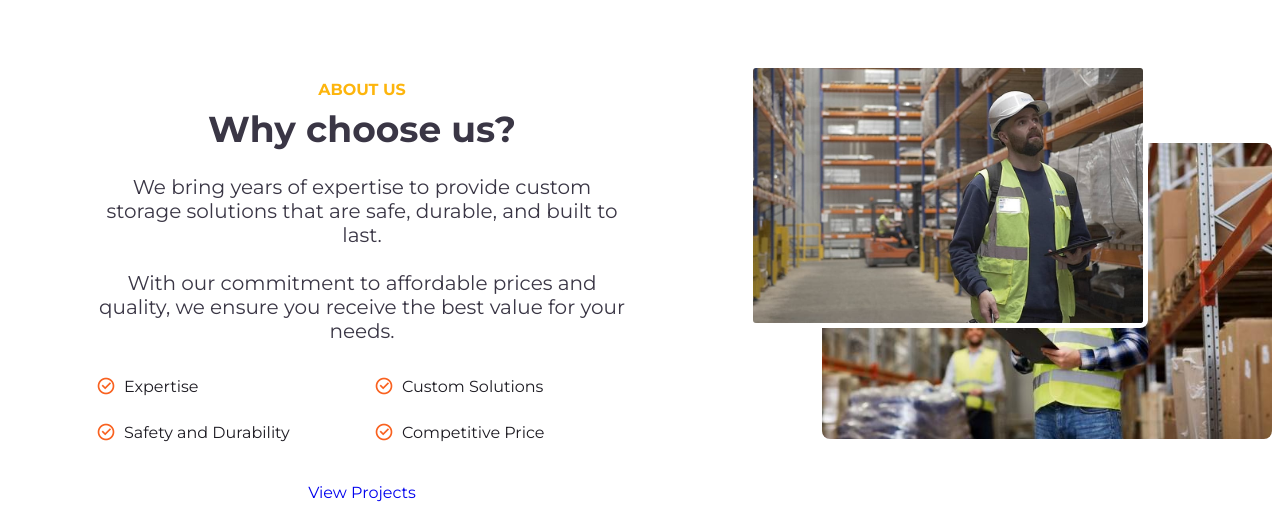
Repository: jahatesu/shelves-and-storage-equipment
Page: index.html
The author's editor kept a copy of each file at every save. The page is drawn from the files as they stood at one save, then again after the next save.
The browser window is 1280 px wide. The pictures show the part of the page from y = 720 to 1238 px (the page is 1238 px tall).
Backgrounds fixed to the window are drawn as part of the page. Some web fonts or font styles are not loaded; a fallback is used.

Above is the page before, as saved 2025-01-08 15:45:17.
Console error: TypeError: Cannot read properties of null (reading 'querySelector')

### index.html
<!DOCTYPE html>
<html lang="en">
<head>
    <meta charset="UTF-8">
    <meta name="viewport" content="width=device-width, initial-scale=1.0">
    <!-- Remix Icons -->
    <link rel="stylesheet" href="https://cdnjs.cloudflare.com/ajax/libs/remixicon/4.2.0/remixicon.css">
    <!-- Swiper CSS -->
    <link rel="stylesheet" href="assets\js\swiper-bundle.min.js" />
    <!-- CSS -->
    <link rel="stylesheet" href="style.css">
    <script src="https://cdnjs.cloudflare.com/ajax/libs/jquery/3.7.1/jquery.min.js"></script>
    <title>Shelves and Storage</title>
    <link rel="stylesheet" href="https://fonts.googleapis.com/css?family=Material+Symbols+Rounded&opsz,wght,FILL,GRAD@48,400,0,0" />
</head>

<body>

    <!-- Navigation Bar -->
    <header>
        <div class="logo">
            <img src="assets\images\logo.png" alt="Shelves and Storage Logo">
        </div>

        <div class="navigation">
            <input type="checkbox" id="nav-checkbox">
            <label for="nav-checkbox" class="nav-toggle">
                <i class="ri-menu-fill"></i>
            </label>

            <ul class="nav-menu">
                <li><a href="#">Home</a></li>
                <li><a href="#">About Us</a></li>
                <li><a href="#">Services</a></li>
                <li><a href="#">Products</a></li>
                <li><a href="#">Contact Us</a></li>
            </ul>
        </div>
    </header>

    <!-- Hero Section -->
    <div class="hero">
        <h1 class="animate__animated animate__fadeInDown">Shelves and Storage Equipment</h1>
        <h3 class="animate__animated animate__fadeInUp">Storage and Racking Expert</h3>
    </div>

    <!-- About Section -->
<section class="about section" id="about">
    <div class="about_container container grid">
        <div class="about_data">
            <span class="section_subtitle">ABOUT US</span>
            <h2 class="section_title">Why choose us?</h2>
            <p class="about_description">
                We bring years of expertise to provide custom storage solutions that are safe, durable, and built to last.
                <br><br>With our commitment to affordable prices and quality, we ensure you receive the best value for your needs.
            </p>
            <ul class="about_list grid">
                <li class="about_list-item">
                    <i class="ri-checkbox-circle-line"></i>
                    <span>Expertise</span>
                </li>
                <li class="about_list-item">
                    <i class="ri-checkbox-circle-line"></i>
                    <span>Custom Solutions</span>
                </li>
                <li class="about_list-item">
                    <i class="ri-checkbox-circle-line"></i>
                    <span>Safety and Durability</span>
                </li>
                <li class="about_list-item">
                    <i class="ri-checkbox-circle-line"></i>
                    <span>Competitive Price</span>
                </li>
            </ul>
            <a href="#projects" class="button">View Projects</a>
        </div>
        <div class="about_images">
            <img src="assets/images/about_img1.png" alt="image" class="about_img1">
            <img src="assets/images/about_img2.png" alt="image" class="about_img2">
        </div>
    </div>
</section>

    <!-- JavaScript -->
    <script src="main.js"></script>
</body>
</html>

### style.css
/* Import fonts */
@import url('https://fonts.googleapis.com/css2?family=Montserrat:wght@100..900&family=Open+Sans:ital,wght@0,300..800;1,300..800&display=swap');
@import url('https://cdnjs.cloudflare.com/ajax/libs/animate.css/4.1.1/animate.min.css');

/* root variable css */
:root{
    --header-height: 3.5rem;

    /* colors */
    /* hue, saturation, lightness */
    --first-color: hsl(18, 95%, 55%);
    --second-color: hsl(42, 98%, 52%);
    --first-gradient: linear-gradient(90deg,
                                    hsl(18, 95%, 55%),
                                    hsl(18, 98%, 64%));
    --title-color:hsl(255, 12%, 12%);
    --text-color: hsl(255, 12%, 24%);
    --text-color-light: hsl(255, 4%, 70%);
    --body-color: hsl(0, 0%, 100%);
    --container-color: hsl(0, 0%, 100%);
    --white-color: hsl(0, 0%, 100%);
    --black-color: hsl(255, 20%, 10%);
    --gray-border:hsl(255, 6%, 90%);
    --black-border: hsl(255, 10%, 20%);

    /* fonts and typography */
    /* .5 rem = 8px | 1rem = 16px */

    --body-font:"Montserrat", sans-serif;
    --big-font-size: 2.25rem;
    --h1-font-size: 1.5rem;
    --h2-font-size: 1.25rem;
    --h3-font-size: 1rem;
    --normal-font-size: .938rem;
    --small-font-size: .813rem;

    /* font weight */
    --font-regular: 400;
    --font-medium: 500;
    --font-semibold: 600;
    --font-bold: 700;

    /* z index */
    --z--tooltip: 10;
    --z-fixed: 100;
}

/* responsive typography */
@media screen and (min-width: 1150px) {
    :root{
        --big-font-size: 3.5rem;
        --h1-font-size: 2.25rem;
        --h2-font-size: 1.5rem;
        --h3-font-size: 1.25rem;
        --normal-font-size: 1rem; /* Fixed size for normal font */
        --small-font-size: .875rem; /* Increased small font size */
    }
}

/* Global styles */
* {
  margin: 0;
  padding: 0;
  box-sizing: border-box;
}

body {
    font-family: var(--body-font);
    font-size: var(--normal-font-size);
    background-color: var(--body-color);
    color: var(--text-color);
}

html{
    scroll-behavior: smooth;
}

body, ul, a{
    margin: 0;
    padding: 0;
    font-family: 'Montserrat', sans-serif;
}

/* h1, h2, h3, h4 {
    color: var(--title-color);
    font-weight: var(--font-semi-bold);
    margin: 10px 0;
    line-height: 1.2;
} */

/* Typography scaling for responsiveness */
h1 {
    font-size: 2.5rem; /* Scales with viewport width */
}
h2 {
    font-size: 2rem;
}
h3 {
    font-size: 1.75rem;
}
p {
    font-size: 1rem;
}

/* Media queries for responsiveness */
@media (min-width: 768px) {
    h1 {
        font-size: 3rem;
    }
    h2 {
        font-size: 2.5rem;
    }
    h3 {
        font-size: 2rem;
    }
    p {
        font-size: 1.125rem;
    }
}

@media (min-width: 1024px) {
    h1 {
        font-size: 3.5rem;
    }
    h2 {
        font-size: 3rem;
    }
    h3 {
        font-size: 2.5rem;
    }
    p {
        font-size: 1.25rem;
    }
}

/* General layout for larger screens */
@media (min-width: 1440px) {
    .container {
        padding: 30px;
    }
    h1 {
        font-size: 4rem;
    }
    h2 {
        font-size: 2rem;
    }
    h3 {
        font-size: 3rem;
    }
    p {
        font-size: 1rem;
    }

}

ul{
    list-style: none;
}

a{
    text-decoration: none;
}

img{
    display: block;
    max-width: 100%;
    height: auto;
    object-fit: contain;
}

/* Hide checkbox and toggle button initially */
#nav-checkbox,
.nav-toggle {
  display: none;
}

/* Hero section styles */
.hero {
  background: linear-gradient(rgba(0, 0, 0, 0.8), rgba(0, 0, 0, 0.6)),
    url("heroBG.jpg") no-repeat fixed bottom / cover;
  min-height: 100vh;
  display: flex;
  flex-direction: column;
  justify-content: center;
  align-items: center;
  text-align: center;
  /* width: 100%; */
}

.hero h1 {
  color: hsl(233, 39%, 23%);
  font-size: 60px;
  line-height: 1;
  text-shadow:
    0.5px 0.5px 0px #fff, /* Bottom-right shadow */
    -0.5px 0.5px 0px #fff, /* Bottom-left shadow */
    0.5px -0.5px 0px #fff, /* Top-right shadow */
    -0.5px -0.5px 0px #fff; /* Top-left shadow */
}

.hero h3 {
  color: #ffffff;
  /* position: static; */
  font-size: 26px;
  font-weight: normal;
  margin: 15px 0;
  line-height: 1;
  text-shadow:
    0.3px 0.3px 0px #fff, /* Bottom-right shadow */
    -0.3px 0.3px 0px #fff, /* Bottom-left shadow */
    0.3px -0.3px 0px #fff, /* Top-right shadow */
    -0.3px -0.3px 0px #fff; /* Top-left shadow */
}

/* Header styles */
header {
  position: fixed;
  top: 0;
  left: 0;
  width: 100%;
  display: flex;
  align-items: center;
  justify-content: space-around;
  padding: 20px 0;
  transition: background-color 0.5s ease;
  z-index: 1;
}

.logo h2 {
  color: #fff;
  text-transform: uppercase;
  font-weight: normal;
}

/* Navigation menu styles */
.nav-menu {
  display: flex;
  list-style: none;
}

.nav-menu li {
  display: inline-block;
}

.nav-menu li a {
  color: #fff;
  text-decoration: none;
  font-size: 1.2rem;
  padding: 0 15px;
}

.nav-menu li a:hover {
  color: hsl(18, 84%, 44%);
}

.active {
  background: hsl(18, 84%, 44%);
}

.active a:hover {
  color: #fff !important;
  text-decoration: underline;
}

.nav-toggle {
  display: none;
  font-size: 2rem;
  cursor: pointer;
  color: white;
}

/* Responsive menu styles */
@media (max-width: 768px) {
    .nav-menu {
        display: none;
        flex-direction: column;
        position: absolute;
        top: 60px;
        right: 20px;
        background-color: rgba(0, 0, 0, 0.9);
        border-radius: 8px;
        padding: 10px;
    }

    .nav-menu li {
        margin: 10px 0;
    }

    .nav-menu li a {
        font-size: 1.2rem;
    }

    .nav-toggle {
        display: block;
    }

    #nav-checkbox:checked ~ .nav-menu {
        display: flex;
    }

    header {
        justify-content: space-between;
        padding: 10px 20px;
    }
}

.logo img {
    max-width: 250px;
    height: auto;
    display: block;
    transition: all 0.3s ease;
}

/* Adjust logo size for smaller screens */
@media (max-width: 768px) {
    .logo img {
        max-width: 150px; /* Smaller logo for mobile */
        padding-top: 20px;
    }
}

/* About Section */
.container {
    max-width: 1120px;
    margin: 0 auto;
    padding: 0 1rem;
}

.grid {
    display: grid;
    gap: 1.5rem;
}

.section {
    padding-block: 5rem 1rem;
}

.section_title {
    text-align: center;
    font-size: var(--h1-font-size);
    font-weight: var(--font-bold);
    margin-bottom: 1.5rem;
}

.section_subtitle {
    display: block;
    text-align: center;
    font-size: var(--normal-font-size);
    font-weight: var(--font-bold);
    color: var(--second-color);
    margin-bottom: .5rem;
}

.about_container {
    row-gap: 8rem;
    display: grid;
    grid-template-columns: 1fr;
}

.about_data {
    text-align: center;
}

.about_description {
    margin-bottom: 2rem;
}

.about_list {
    display: grid;
    grid-template-columns: repeat(2, 1fr);
    justify-content: center;
    gap: 1.5rem;
    margin-bottom: 2.5rem;
}

.about_list-item {
    display: flex;
    align-items: center;
    gap: .5rem;
    color: var(--title-color);
}

.about_list-item i {
    font-size: 1.25rem;
    color: var(--first-color);
}

.about_images {
    display: flex;
    justify-content: center;
    gap: 1rem;
    position: relative;
}

.about_img1, .about_img2 {
    max-width: 100%;
    height: auto;
    border-radius: .5rem;
}

.about_img1 {
    width: 400px;
    border: 5px solid var(--body-color);
    position: absolute;
    top: -5rem;
    left: 6rem;
}

.about_img2 {
    width: 450px;
    margin-top: ;
    margin-right: -5.5rem;
}

/* Responsive Design */
@media (min-width: 768px) {
    .about_container {
        grid-template-columns: 1fr 1fr;
        align-items: center;
    }

    .about_images {
        justify-content: flex-end;
    }
}

### main.js
$(document).ready(function() {
  $(window).bind('scroll', function(){
    var gap = 50;
    if ($(window).scrollTop() > gap) {
      $('header').addClass('active');
    } else {
      $('header').removeClass('active');
    }
  });
});

document.addEventListener('DOMContentLoaded', function () {
  const navToggle = document.querySelector('.nav-toggle');
  const navMenu = document.querySelector('.nav-menu');

  navToggle.addEventListener('click', function () {
      navMenu.classList.toggle('show-menu');
  });
});

const initSlider = () => {
  const imageList = document.querySelector(".slider-wrapper .image-list");
  const slideButtons = document.querySelectorAll(".slider-wrapper .slide-button");
  const sliderScrollbar = document.querySelector(".container .slider-scrollbar");
  const scrollbarThumb = sliderScrollbar.querySelector(".scrollbar-thumb");
  const maxScrollLeft = imageList.scrollWidth - imageList.clientWidth;

  // Slide images according to the slide button clicks
  slideButtons.forEach(button => {
      button.addEventListener("click", () => {
          const direction = button.id === "prev-slide" ? -1 : 1;
          const scrollAmount = imageList.clientWidth * direction;
          imageList.scrollBy({ left: scrollAmount, behavior: "smooth" });
      });
  });

  const handleSlideButtons = () =>{
      slideButtons[0].computedStyleMap.display = imageList.scrollLeft <= 0 ? "none" : "block";
      slideButtons[1].computedStyleMap.display = imageList.scrollLeft >= maxScrollLeft ? "none" : "block";
  }

  //update scroll bar position
  const updateScrollThumbPosition = () => {
      const scrollPosition = imageList.scrollLeft;
      const thumbPosition = (scrollPosition / maxScrollLeft) * (sliderScrollbar.clientWidth - scrollbarThumb .offsetWidth);
      scrollbarThumb.style.left = `${thumbPosition}px`;
  }

  imageList.addEventListener("scroll", () => {
      handleSlideButtons();
      updateScrollThumbPosition();
  });
};

window.addEventListener("load", initSlider);

Loaded but not shown: assets/js/swiper-bundle.min.js (library)

After the next save:
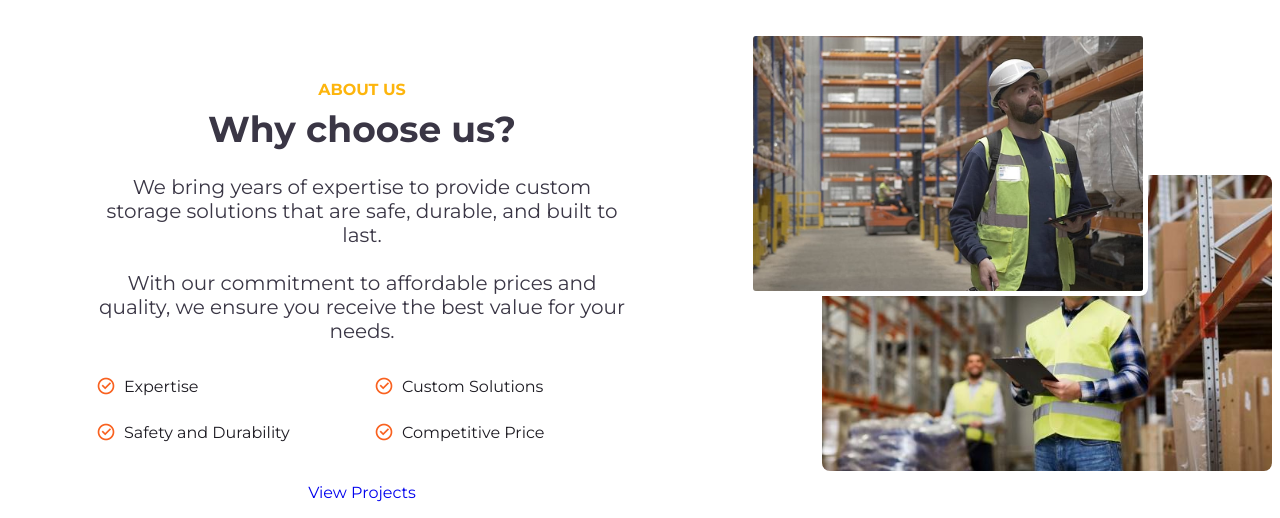
Saved 5 s later.
--- a/style.css
+++ b/style.css
@@ -408,7 +408,7 @@ header {
 
 .about_img2 {
     width: 450px;
-    margin-top: ;
+    margin-top: 4rem;
     margin-right: -5.5rem;
 }
 
